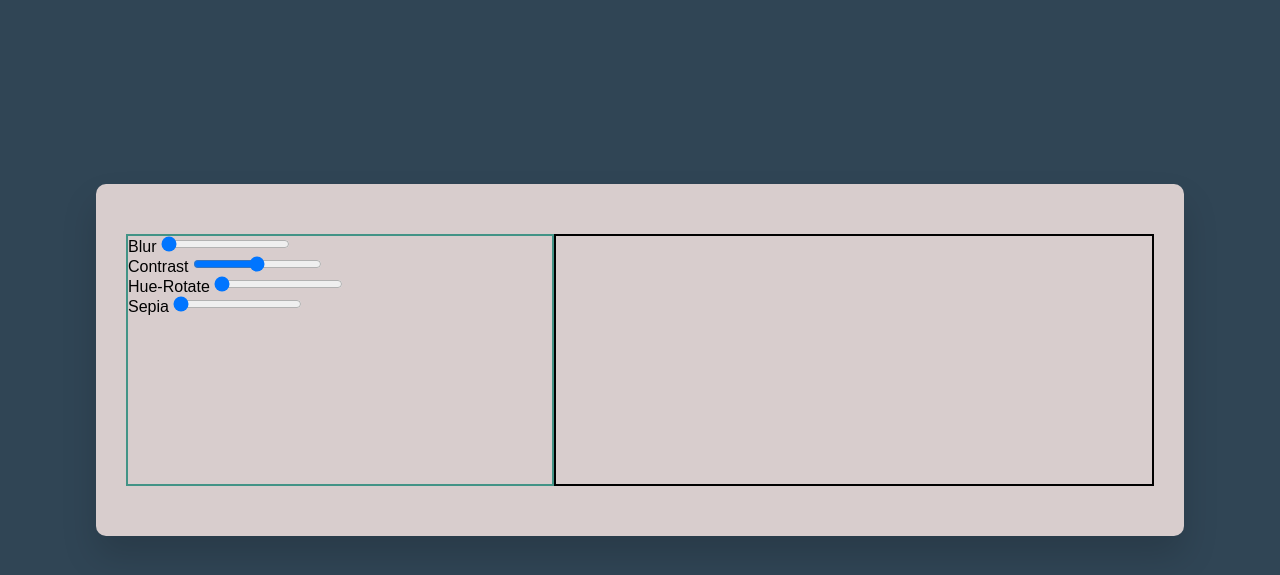
Repository: Larrowo/Challenges
Page: Photo filter/index.html
These files come from the project's save history. The page is drawn as it stood at one moment and after a run of saves; the edit follows.
The browser window is 1280 px wide. The pictures show the whole page.

Above is the page before, as saved 2022-04-01 12:44:00.

### Photo filter/index.html
<!DOCTYPE html>
<html lang="en">
<head>
    <meta charset="UTF-8">
    <meta http-equiv="X-UA-Compatible" content="IE=edge">
    <meta name="viewport" content="width=device-width, initial-scale=1.0">
    <link rel="stylesheet" href="style.css">
    <script src="script.js" defer></script>
    <title>Document</title>
</head>
<body>
    <div class="wrapper">
        <div class="editor">
            <div class="filter">
                <label for="blur">Blur</label>
                <input type="range" min="0" max="5" value="0" step="0.1" id="blur">
            </div>
            <div class="filter">
                <label for="contrast">Contrast</label>
                <input type="range" min="0" max="200" value="100"  id="Contrast">
            </div>
            <div class="filter">
                <label for="Hue-rotate">Hue-Rotate</label>
                <input type="range" min="0" max="360" value="0"  id="Hue-rotate">
            </div>
            <div class="filter">
                <label for="Sepia">Sepia</label>
                <input type="range" min="0" max="100" value="0"  id="Sepia">
            </div>

        </div>
        <div class="results">

        </div>
    </div>
</body>
</html>

### Photo filter/style.css
*{
    padding: 0;
    margin: 0;
    box-sizing: border-box;
    font-family: "Rubik",sans-serif;
}

body{
    background-color: #304555;
}

  .wrapper{
     width: 85vw;
     padding: 50px 30px;
     background-color: #d8cdcd;
     position: absolute;
     transform: translate(-50%,-50%);
     top: 50%;
     left: 50%;
     border-radius: 10px;
     box-shadow: 0 20px 35px rgba(0,0,0,0.15);
     display: grid;
     grid-template-columns: 5fr 7fr;
 }

 .editor{
     border: 2px solid rgba(56, 143, 129, 0.932);
     min-height: 35vmin;
     display: flex;
     flex-direction: column;
 }

 .results{
     border: 2px solid rgb(0, 0, 0);
 }

 /*Todo lo que está debajo fue descaradamente robado*/
/*
 input[type=range] {
    height: 26px;
    -webkit-appearance: none;
    margin: 10px 0;
    width: 100%;
  }
  input[type=range]:focus {
    outline: none;
  }
  input[type=range]::-webkit-slider-runnable-track {
    width: 100%;
    height: 14px;
    cursor: pointer;
    animate: 0.2s;
    box-shadow: 1px 1px 1px #50555C;
    background: #50555C;
    border-radius: 14px;
    border: 0px solid #000000;
  }
  input[type=range]::-webkit-slider-thumb {
    box-shadow: 0px 0px 0px #000000;
    border: 0px solid #000000;
    height: 20px;
    width: 40px;
    border-radius: 12px;
    background: #529DE1;
    cursor: pointer;
    -webkit-appearance: none;
    margin-top: -3px;
  }
  input[type=range]:focus::-webkit-slider-runnable-track {
    background: #50555C;
  }
  input[type=range]::-moz-range-track {
    width: 100%;
    height: 14px;
    cursor: pointer;
    animate: 0.2s;
    box-shadow: 1px 1px 1px #50555C;
    background: #50555C;
    border-radius: 14px;
    border: 0px solid #000000;
  }
  input[type=range]::-moz-range-thumb {
    box-shadow: 0px 0px 0px #000000;
    border: 0px solid #000000;
    height: 20px;
    width: 40px;
    border-radius: 12px;
    background: #529DE1;
    cursor: pointer;
  }
  input[type=range]::-ms-track {
    width: 100%;
    height: 14px;
    cursor: pointer;
    animate: 0.2s;
    background: transparent;
    border-color: transparent;
    color: transparent;
  }
  input[type=range]::-ms-fill-lower {
    background: #50555C;
    border: 0px solid #000000;
    border-radius: 28px;
    box-shadow: 1px 1px 1px #50555C;
  }
  input[type=range]::-ms-fill-upper {
    background: #50555C;
    border: 0px solid #000000;
    border-radius: 28px;
    box-shadow: 1px 1px 1px #50555C;
  }
  input[type=range]::-ms-thumb {
    margin-top: 1px;
    box-shadow: 0px 0px 0px #000000;
    border: 0px solid #000000;
    height: 20px;
    width: 40px;
    border-radius: 12px;
    background: #529DE1;
    cursor: pointer;
  }
  input[type=range]:focus::-ms-fill-lower {
    background: #50555C;
  }
  input[type=range]:focus::-ms-fill-upper {
    background: #50555C;
  } */

Loaded but not shown: Photo filter/script.js (no copy from this time; the picture is the same without it)

After the next 3 saves:
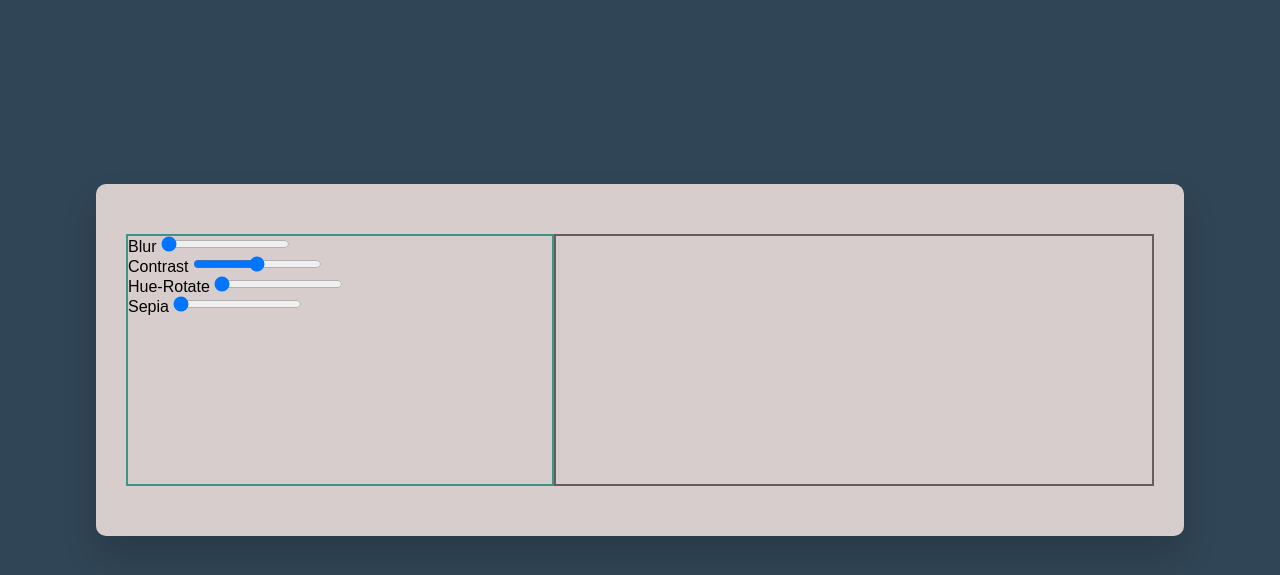
The 3 saves are shown as one change because they came seconds apart.
The last was saved 13 s later.
--- a/Photo filter/style.css
+++ b/Photo filter/style.css
@@ -31,7 +31,7 @@
  }
 
  .results{
-     border: 2px solid rgb(0, 0, 0);
+     border: 2px solid rgba(0, 0, 0, 0.534);
  }
 
  /*Todo lo que está debajo fue descaradamente robado*/
